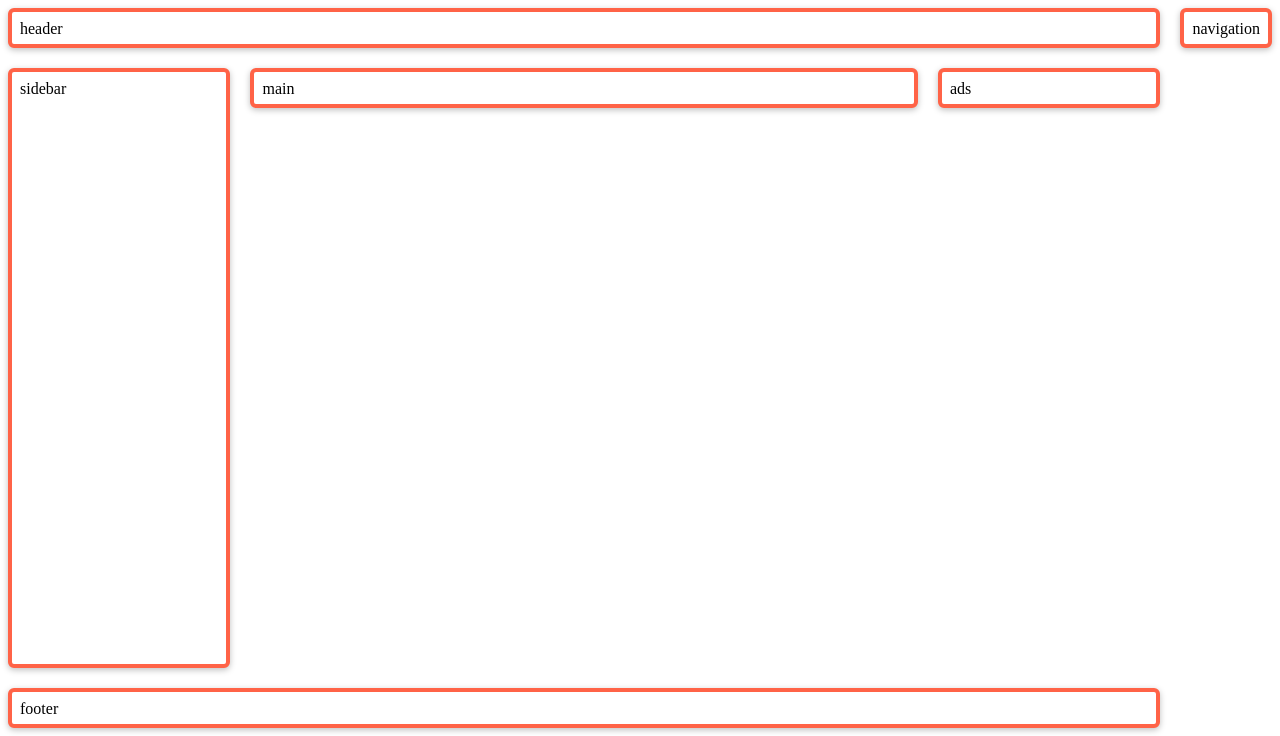
Repository: cokoduwa/css-layouts
Page: grid-exercises/03-page-layout/layout.html
These files come from the project's save history. The page is drawn as it stood at one moment and after the next save; the edit follows.
The browser window is 1280 px wide. The pictures show the whole page.

Above is the page before, as saved 2022-09-30 21:56:56.

### grid-exercises/03-page-layout/layout.html
<!DOCTYPE html>
<html lang="en">
  <head>
    <meta charset="UTF-8" />
    <meta name="viewport" content="width=device-width, initial-scale=1.0" />
    <title>Grid, devchallenge.io - Task 3.1</title>

    <link rel="stylesheet" href="style.css" />
  </head>
  <body>
    <div class="container">

      <div class="item header">header</div>

      <div class="item navigation">navigation</div>

      <div class="item main">main</div>

      <div class="item sidebar">sidebar</div>

      <div class="item ads">ads</div>

      <div class="item footer">footer</div>

    </div>
  </body>
</html>

### grid-exercises/03-page-layout/style.css
.item {
  padding: 8px;
  background-color: white;
  border: 4px solid tomato;
  border-radius: 6px;
  box-shadow: 0px 2px 6px rgba(0, 0, 0, 0.25);
}

.container {
  display: grid;
  grid-template-columns: 1fr 3fr 1fr;
  grid-template-rows: 40px 40px auto 40px;
  row-gap: 20px;
  column-gap: 20px;
  min-height: 100vh;
}

.header {
  grid-column-start: 1;
  grid-column-end: 4;
  grid-row-start: 1;
}

.sidebar {
  grid-column-start: 1;
  grid-row-start: 2;
  grid-row-end: 4;
}

.navigation {
  grid-column-start: -1;
}

.footer {
  grid-column-start: 1;
  grid-column-end: 4;
}

After the next save:
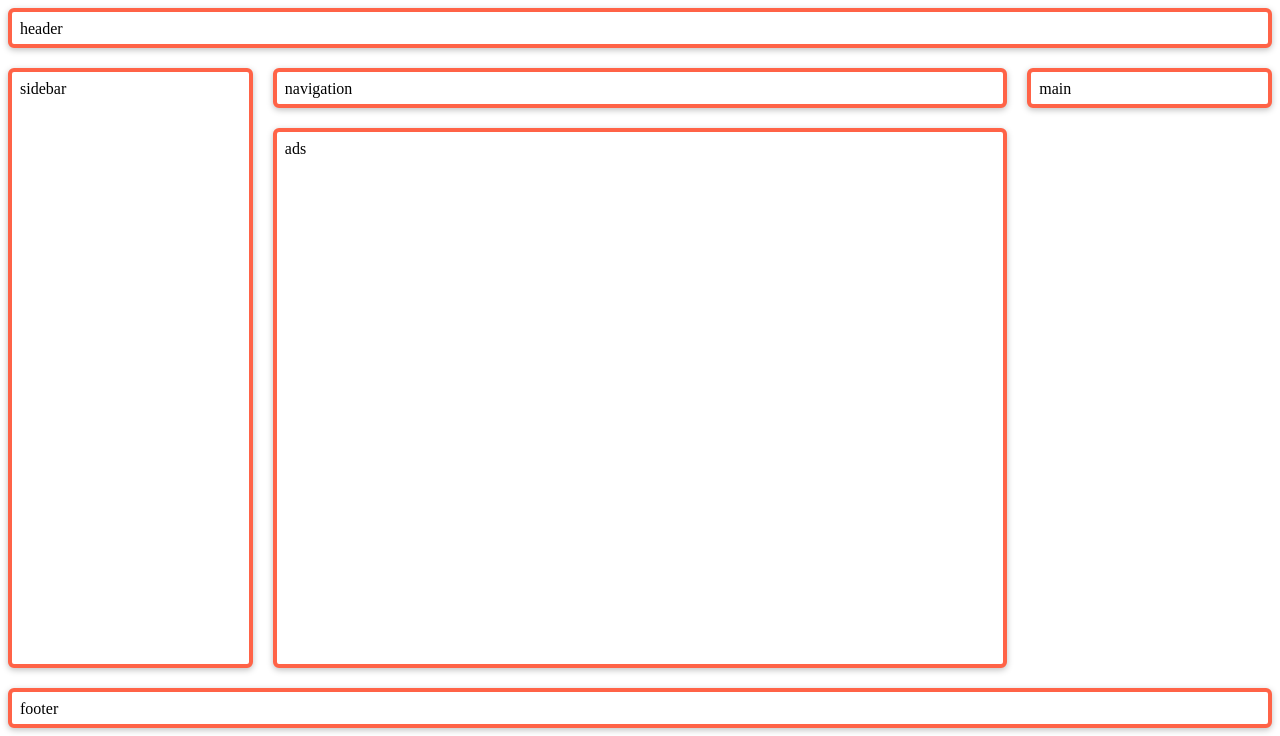
Saved 6 s later.
--- a/grid-exercises/03-page-layout/style.css
+++ b/grid-exercises/03-page-layout/style.css
@@ -28,7 +28,7 @@
 }
 
 .navigation {
-  grid-column-start: -1;
+  grid-column-start: 2;
 }
 
 .footer {
